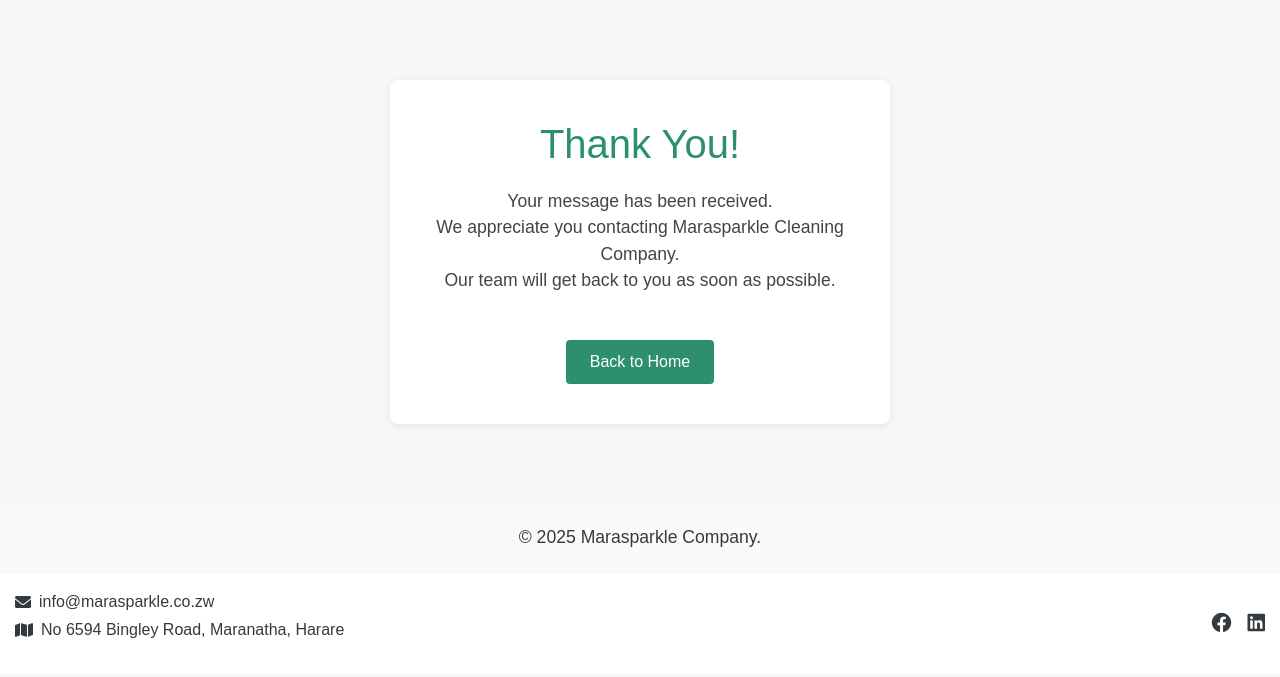
Repository: guineveretim/sparkle
Page: templates/application/thankyou.html
The author's editor kept a copy of each file at every save. The page is drawn from the files as they stood at one save, then again after the next save.
The browser window is 1280 px wide. The pictures show the whole page.
The page is served by the project's application, run on Django 5.2 (manage.py). The template is opened directly, without the code that normally fills it, so the values that code supplies are empty.

Above is the page before, as saved 2025-05-31 11:54:02.

After the next save:
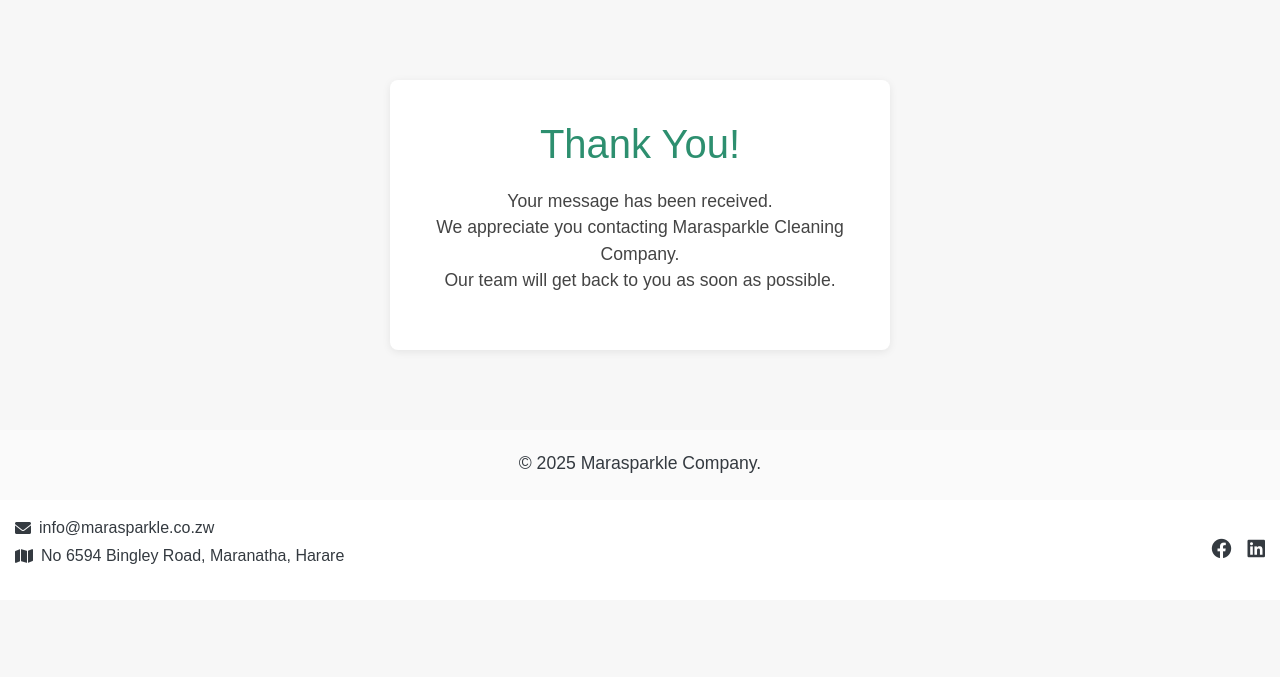
Saved 12 s later.
--- a/templates/application/thankyou.html
+++ b/templates/application/thankyou.html
@@ -64,7 +64,7 @@
     <p>Your message has been received.<br>
     We appreciate you contacting Marasparkle Cleaning Company.<br>
     Our team will get back to you as soon as possible.</p>
-    <a href="{% url 'home' %}" class="home-link">Back to Home</a>
+
   </div>
 
 
